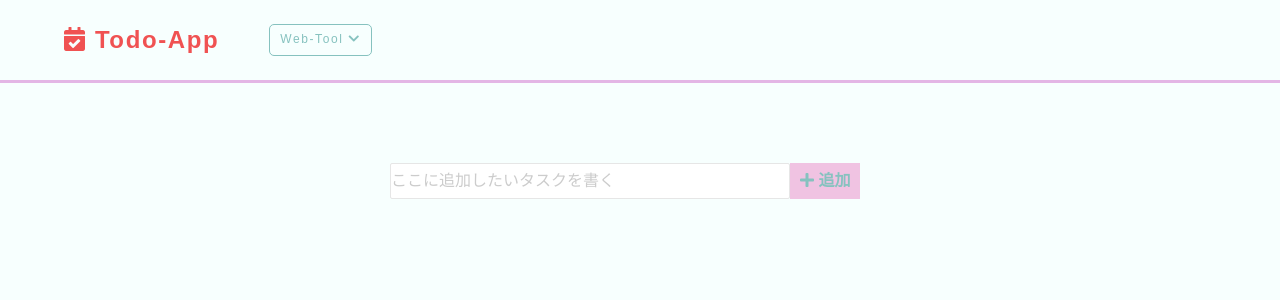
Repository: Hiroshii-m/todo_vue
Page: index.html
The author's editor kept a copy of each file at every save. The page is drawn from the files as they stood at one save, then again after the next save.
The browser window is 1280 px wide. The pictures show the whole page.
The style sheet was rebuilt from its Sass, Less or Tailwind sources for each picture, by a compiler version that may differ from the author's.

Above is the page before, as saved 2021-06-26 18:19:39.

### index.html
<!DOCTYPE html>
<html lang="en">
<head>
    <meta charset="UTF-8">
    <meta http-equiv="X-UA-Compatible" content="IE=edge">
    <meta name="viewport" content="width=device-width, initial-scale=1.0">
    <link rel="stylesheet" href="node_modules/@fortawesome/fontawesome-free/css/all.css">
    <link rel="stylesheet" href="dist/css/style.css">
    <title>TODO APP Vue</title>
</head>
<body class="u-bgColor-base">

    <!-- header -->
    <header id="l-header" class="u-border-bottom">
        <div class="c-header">
            <h2 class="c-header__home">
                <i class="fas fa-calendar-check"></i>
                <a class="c-header__text" href="">Todo-App</a>
            </h2>
            <h3 class="c-header__other">
                Web-Tool
                <i class="fas fa-chevron-down"></i>
            </h3>
        </div>
    </header><!-- /header -->

    <!-- main -->
    <section id="l-main">
        <div class="c-main">
            <div id="l-addTask">
                <div class="c-addTask">
                    <input type="text" class="c-addTask__input" placeholder="ここに追加したいタスクを書く">
                    <button class="c-addTask__add">
                        <i class="fas fa-plus"></i>
                        追加
                    </button>
                </div>
            </div>
            <div id="l-search"></div>
            <div id="l-list"></div>
        </div>
    </section>
    <!-- /main -->

</body>
</html>

### src/scss/style.scss

// ======================================
// foundation
// ======================================
@use 'foundation/reset';
@use 'foundation/variables';
@use 'foundation/base';
// ======================================
// layout
// ======================================
#l-header {
    width: 100%;
}
#l-main {
    padding: 80px;
}
// ======================================
// object
// ======================================
// Component
// **************************************
.c-header {
    width: 90%;
    height: 80px;
    margin: 0 auto;
    display: flex;
    align-items: center;
    &__home {
        margin-right: 50px;
        font-weight: bold;
        color: var(--color_red);
        font-size: var(--font-size_xl);
    }
    &__other {
        font-size: var(--font-size_s);
        padding: var(--space_s) var(--space_m);
        border: 1px solid var(--font-color_default);
        border-radius: 5px;
        cursor: pointer;
    }
}
.c-main {
    width: var(--site-width_xxl);
    margin: 0 auto;
}
.c-addTask {
    display: flex;
    max-width: 500px;
    margin: 0 auto;
    &__input {
        width: 80%;
        border: 1px solid var(--border-color_default);
        border-radius: 2px;
    }
    &__add {
        background: var(--color_pink);
        padding: var(--space_s) var(--space_m);
        font-weight: bold;
    }
}
// Project
// **************************************
// Utility
// **************************************
.u-border {
    &-bottom {
        border-bottom: 3px solid var(--color_accent);
    }
}
.u-bgColor {
    &-base {
        background: var(--color_base);
    }
}

### src/scss/foundation/_variables.scss
:root {
    --font-color_default: #86c2bf;
    --color_base: #F7FFFE;
    --color_accent: #E3B6E5;
    --color_green: #C3E8C7;
    --color_sky: #C8E4F4;
    --color_red: #F05252;
    --color_blue: #25A1EF;
    --color_pink: #f0c3e2;
    --border-color_default: #E6E6E6;


    --site-width_xxl: 780px;
    --site-width_xl: 680px;
    --site-width_md: 580px;
    --site-width_ms: 414px;

    --font-size_s: 12px;
    --font-size_m: 14px;
    --font-size_default: 16px;
    --font-size_l: 18px;
    --font-size_xl: 24px;
    --font-size_xxl: 28px;
    --font-size_3l: 38px;


    --space_s: 5px;
    --space_m: 10px;
    --space_l: 15px;
    --space_xl: 20px;
    --space_xxl: 30px;
    --space_3l: 40px;

    --font-family_default: "メイリオ", sans-serif;
}

### src/scss/foundation/_base.scss
html, body {
    width: 100%;
    color: var(--font-color_default);
    line-height: 1.6;
    font-family: var(--font-family_default);
    letter-spacing: 0.1em;
}

p, a {
    -webkit-font-smoothing: antialiased;
}

img {
    width: 100%;
    height: 100%;
    vertical-align: bottom;
    object-fit: cover;
}

input {
    display: block;
    width: 100%;
    background: #fff;
}

textarea {
    resize: vertical;
    height: 30px;
}

::placeholder {
    color: #ccc;
}

iframe {
    width: 100%;
}

i {
    cursor: pointer;
}

Loaded but not shown: node_modules/@fortawesome/fontawesome-free/css/all.css (library); src/scss/foundation/_reset.scss (common file)

After the next save:
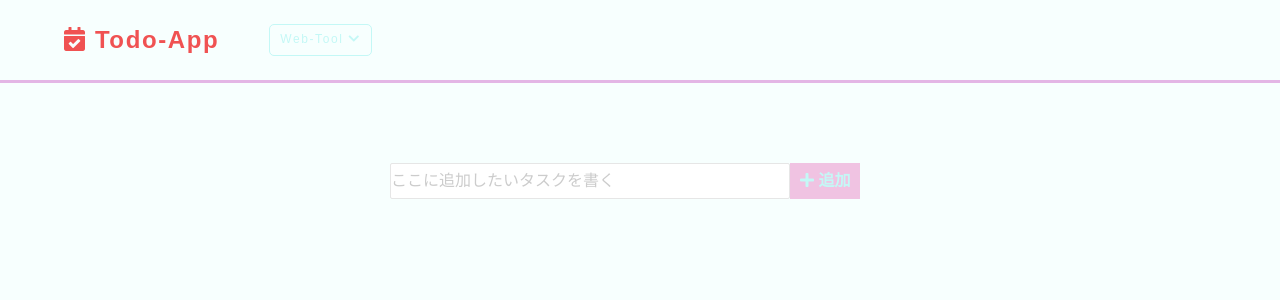
Saved 8 s later.
--- a/src/scss/foundation/_variables.scss
+++ b/src/scss/foundation/_variables.scss
@@ -1,5 +1,5 @@
 :root {
-    --font-color_default: #86c2bf;
+    --font-color_default: #c4f8f6;
     --color_base: #F7FFFE;
     --color_accent: #E3B6E5;
     --color_green: #C3E8C7;
